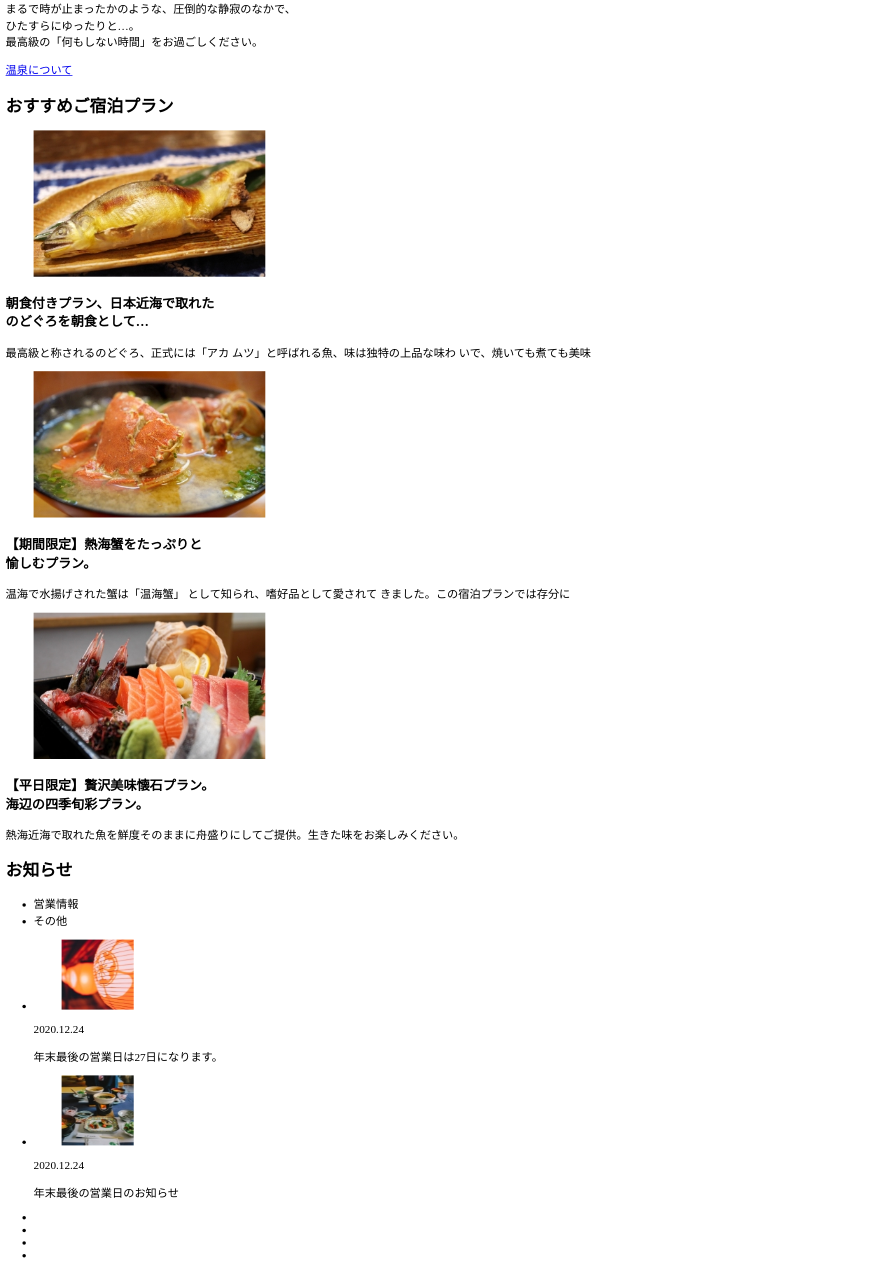
Repository: yuukiyokoyama/compex1
Page: index.html
The author's editor kept a copy of each file at every save. The page is drawn from the files as they stood at one save, then again after the next save.
The browser window is 1280 px wide. The pictures show the part of the page from y = 3226 to 5146 px (the page is 5044 px tall before and 5146 px after), at 70% of full size.

Above is the page before, as saved 2021-09-17 23:30:51.

After the next save:
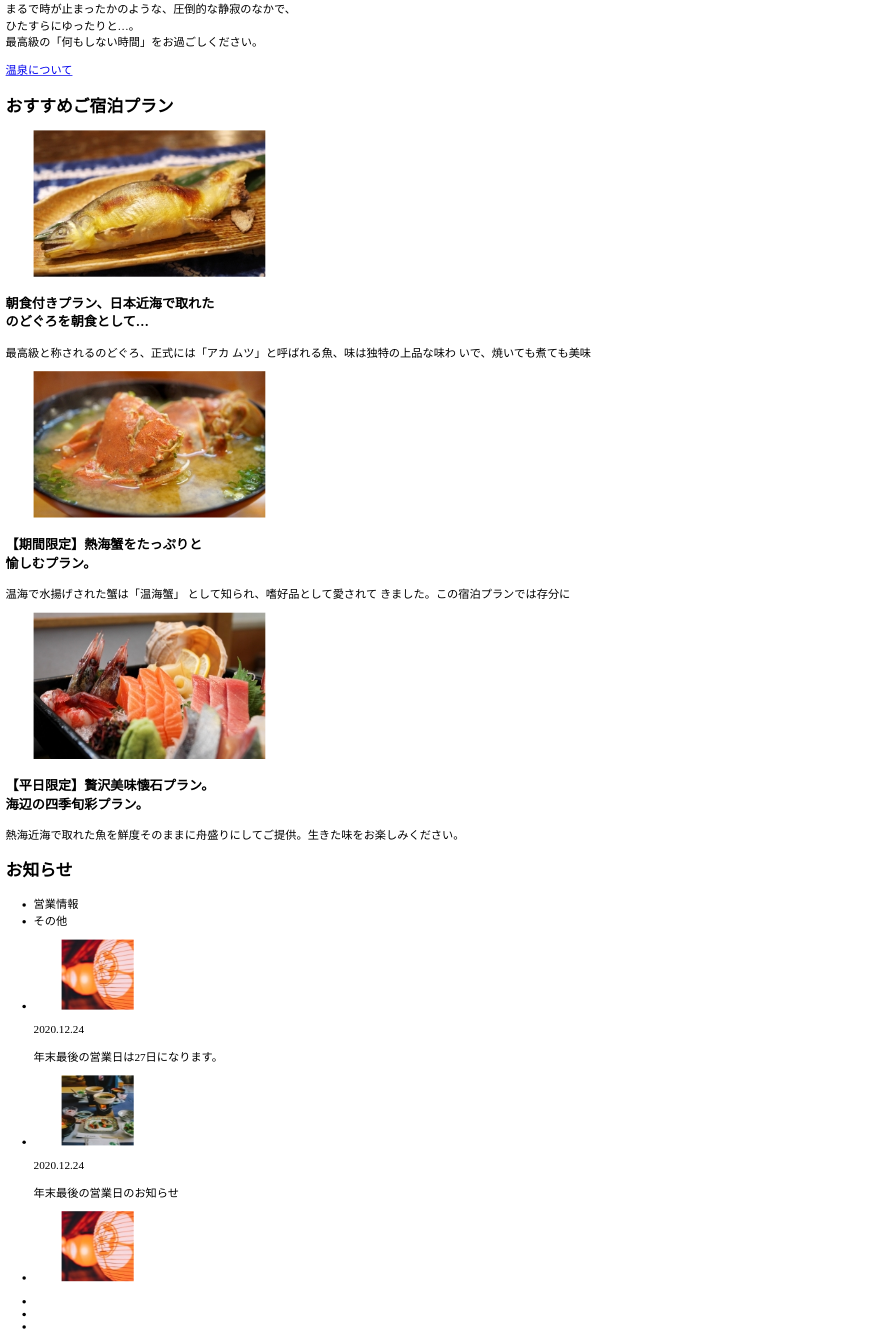
Saved 3 min 21 s later.
--- a/index.html
+++ b/index.html
@@ -352,9 +352,18 @@
                       <p class="news__date">2020.12.24</p>
                       <p class="neews__text">年末最後の営業日のお知らせ</p>
                     </div>
+                    <!-- news__body -->
+                  </div>
+                  <!-- news__list-item-wrapper -->
+                </li>
+                <li class="news__list-item">
+                  <div class="news__list-item-wrapper">
+                    <figure class="news__img-wrapper">
+                      <img src="images/news01.jpg" alt="ニュース" />
+                    </figure>
+                    <div class="news__body"></div>
                   </div>
                 </li>
-                <li class="news__list-item"></li>
                 <li class="news__list-item"></li>
                 <li class="news__list-item"></li>
                 <li class="news__list-item"></li>
